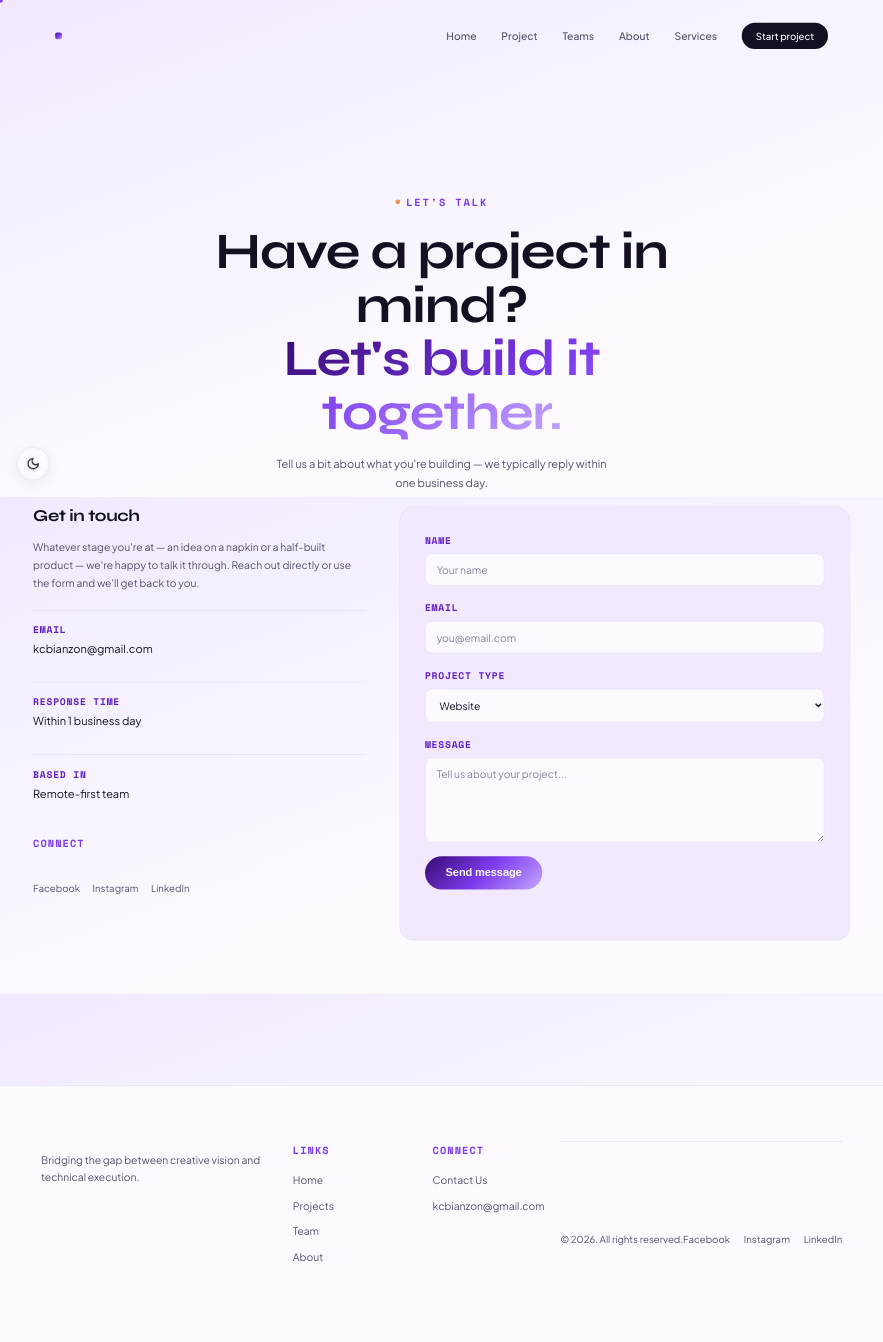
Repository: B4BTWO/Team-Portfolio
Page: contact.html
The author's editor kept a copy of each file at every save. The page is drawn from the files as they stood at one save, then again after the next save.
The browser window is 1280 px wide. The pictures show the whole page, at 69% of full size.
Backgrounds fixed to the window are drawn as part of the page.

Above is the page before, as saved 2026-07-13 21:55:07.

After the next save:
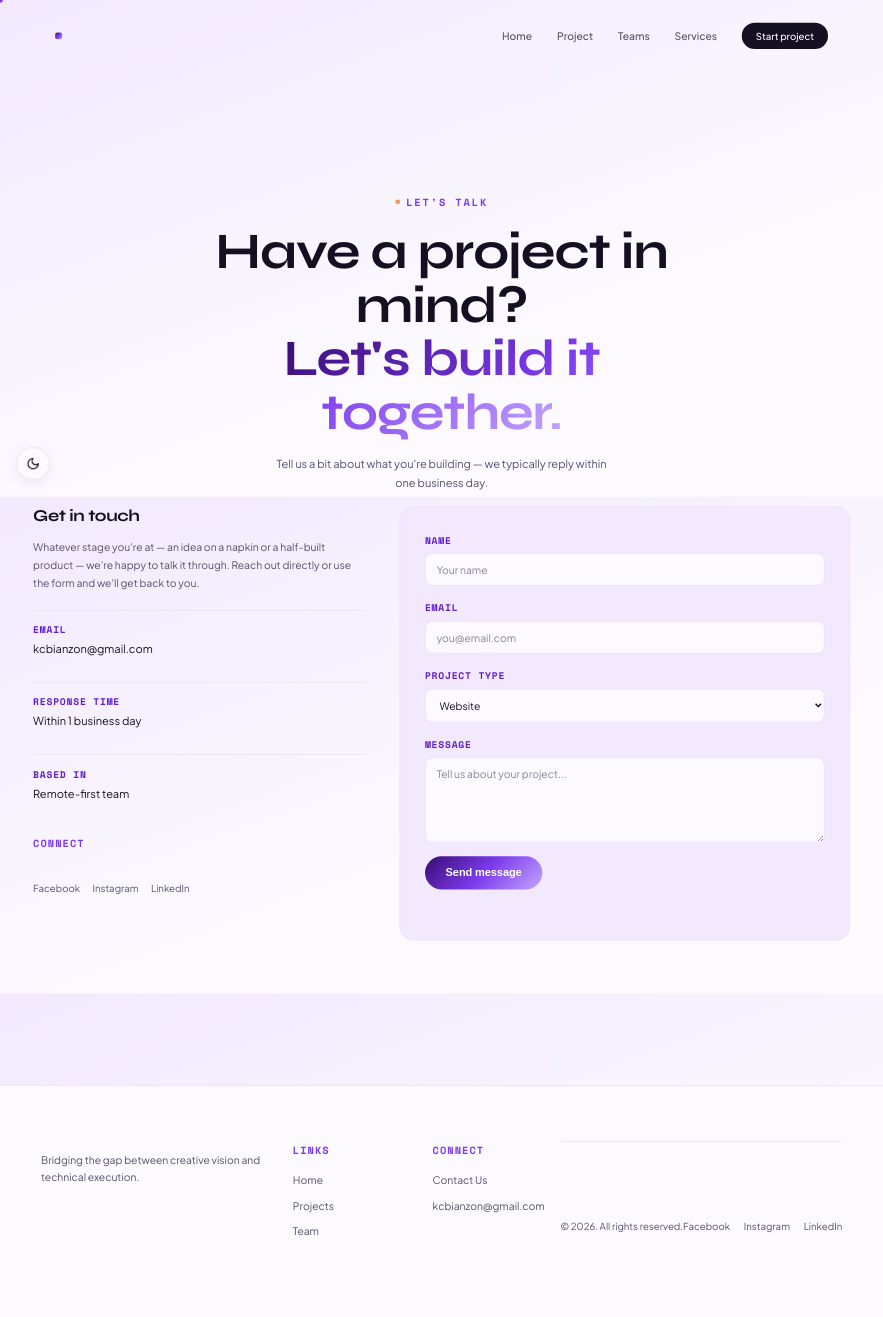
Saved 2 s later.
--- a/contact.html
+++ b/contact.html
@@ -71,7 +71,6 @@
           <li><a href="index.html">Home</a></li>
           <li><a href="project.html">Project</a></li>
           <li><a href="teams.html">Teams</a></li>
-          <li><a href="about.html">About</a></li>
           <li><a href="services.html">Services</a></li>
           <li><a href="contact.html" class="nav-cta">Start project</a></li>
         </ul>
@@ -200,7 +199,6 @@
             <li><a href="index.html">Home</a></li>
             <li><a href="project.html">Projects</a></li>
             <li><a href="teams.html">Team</a></li>
-            <li><a href="about.html">About</a></li>
           </ul>
         </div>
         <div class="footer-connect-col">
